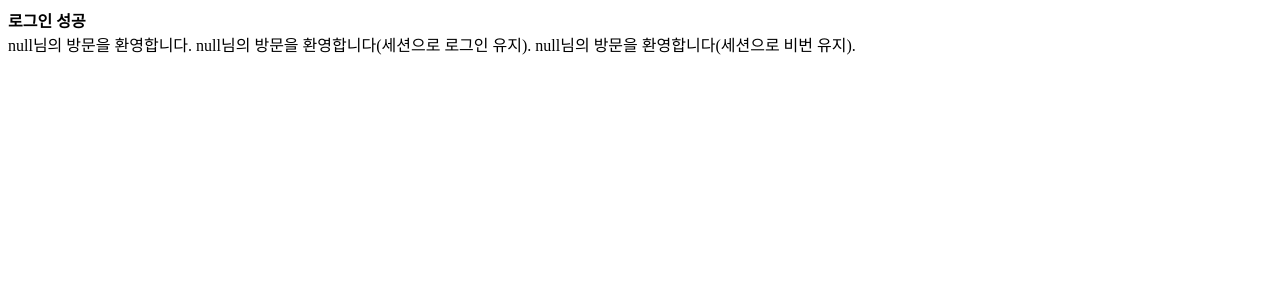
Repository: yurilee9696/jsp
Page: http://localhost/amasbin/loginOkProc.jsp
An editor plug-in stored every save of this project. The page is shown before and after the next save, followed by the edit.
The browser window is 1280 px wide. The pictures show the whole page.
The page is served by Tomcat 9.

Above is the page before, as saved 2018-05-01 01:45:45.

### project/amasbin/WebContent/loginOkProc.jsp
<%@ page language="java" contentType="text/html; charset=UTF-8"
    pageEncoding="UTF-8"%>
<!DOCTYPE html>
<html>
<head>
<meta charset="UTF-8">
<title>Insert title here</title>
</head>
<body>
<b>로그인 성공</b><br>
<%String id=request.getParameter("id");
out.println(id+"님의 방문을 환영합니다.");
String idSession=(String) session.getAttribute("id");
out.println(idSession+"님의 방문을 환영합니다(세션으로 로그인 유지).");


String pwSession=(String) session.getAttribute("pw");
out.println(pwSession+"님의 방문을 환영합니다(세션으로 비번 유지).");
%>

</body>
</html>

After the next save:
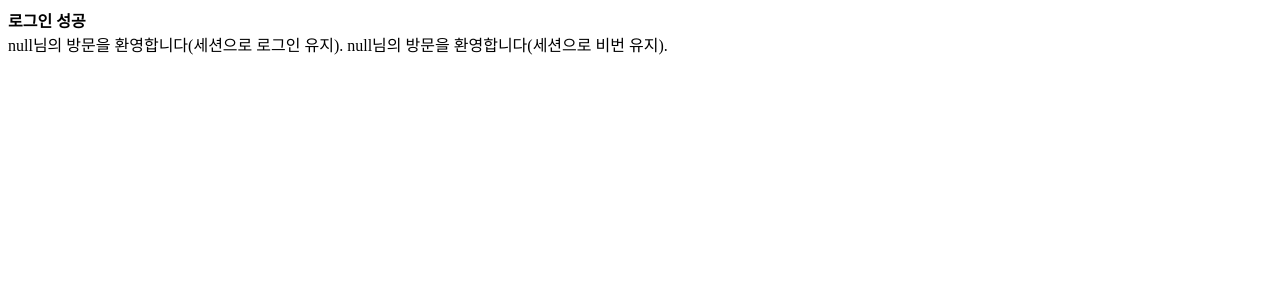
Saved 43 s later.
--- a/project/amasbin/WebContent/loginOkProc.jsp
+++ b/project/amasbin/WebContent/loginOkProc.jsp
@@ -8,8 +8,7 @@
 </head>
 <body>
 <b>로그인 성공</b><br>
-<%String id=request.getParameter("id");
-out.println(id+"님의 방문을 환영합니다.");
+<%
 String idSession=(String) session.getAttribute("id");
 out.println(idSession+"님의 방문을 환영합니다(세션으로 로그인 유지).");
 
